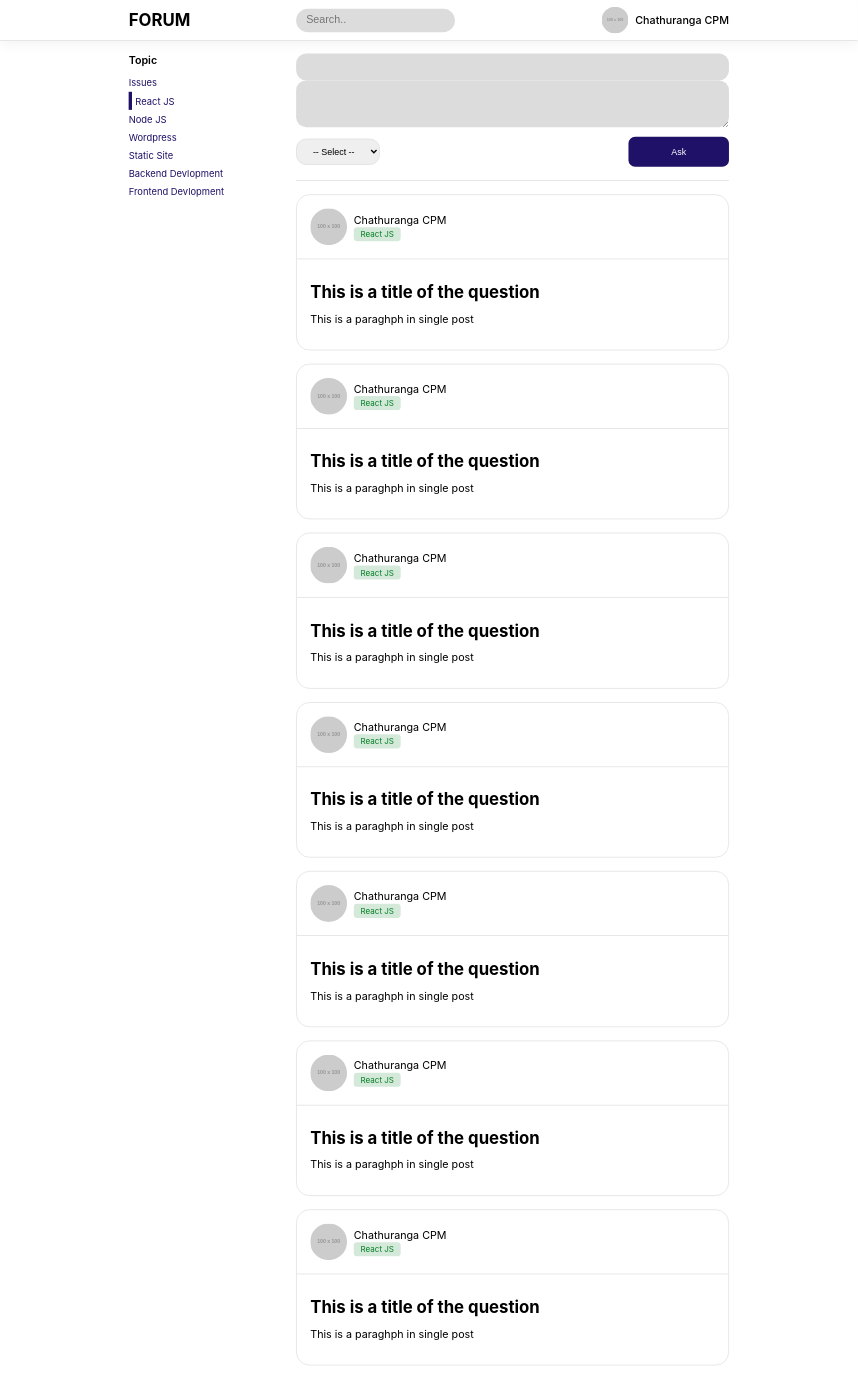
Repository: ChathurangaCPM/developer-forum
Page: / (app in client/)
These files come from the project's save history. The page is drawn as it stood at one moment and after a run of saves; the edit follows.
The browser window is 1280 px wide. The pictures show the whole page, at 67% of full size.
The page's requests for data from a server got no answer. The project was rebuilt for these pictures with package versions that can differ from the ones it lists, and the page was loaded fresh each time. No one was signed in, and anything a server would have sent is missing.

Above is the page before, as saved 2022-05-10 15:16:15.

After the next 3 saves:
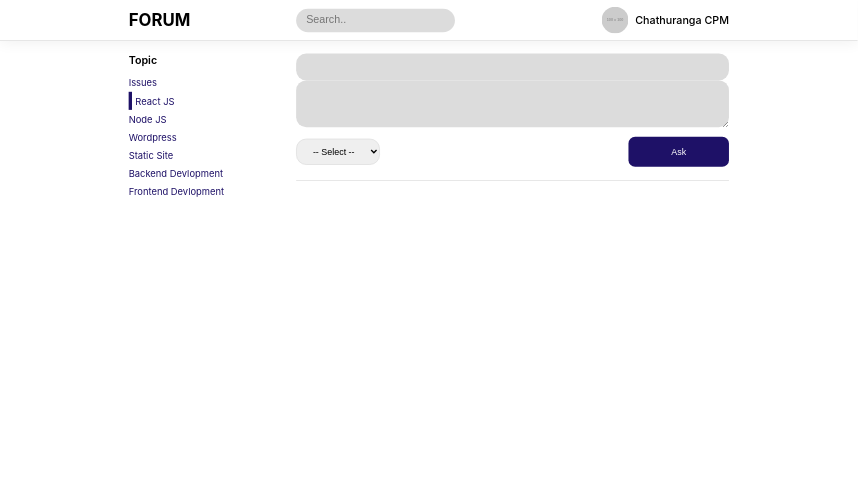
The 3 saves are shown as one change because 2 did not build or start.
The last was saved 3 min 13 s later.
--- a/client/src/App.js
+++ b/client/src/App.js
@@ -17,12 +17,6 @@ function App() {
 
 					{/* Load dynamically */}
 					<SingleQuestion/>
-					<SingleQuestion/>
-					<SingleQuestion/>
-					<SingleQuestion/>
-					<SingleQuestion/>
-					<SingleQuestion/>
-					<SingleQuestion/>
 				</div>
 			</div>
 		</div>
--- a/client/src/components/SingleQuestion/SingleQuestion.js
+++ b/client/src/components/SingleQuestion/SingleQuestion.js
@@ -13,27 +13,32 @@ function SingleQuestion() {
         });
     },[])
 	return (
-		<div className="single_question_wrapper">
-			<div className="header_wrap">
-                <div className="profile">
-                    <div className="pro_img">
-                        <img src="http://dummyimage.com/100x100/000/fff"/>
+        <>
+            {getAllQuem.map((val)=>{
+                return <div className="single_question_wrapper">
+                <div className="header_wrap">
+                    <div className="profile">
+                        <div className="pro_img">
+                            <img src="http://dummyimage.com/100x100/000/fff"/>
+                        </div>
+                        <div className="wrap_right_data">
+                            <span>Chathuranga CPM</span>
+                            <div className="tag">{val.type}</div>
+                        </div>
                     </div>
-                    <div className="wrap_right_data">
-                        <span>Chathuranga CPM</span>
-                        <div className="tag">React JS</div>
-                    </div>
+
                 </div>
 
+                <div className="cont_area">
+                    <h1>{val.title}</h1>
+                    <p>
+                        {val.description}
+                    </p>
+                </div>
             </div>
+            })}
 
-            <div className="cont_area">
-                <h1>This is a title of the question</h1>
-                <p>
-                    This is a paraghph in single post
-                </p>
-            </div>
-		</div>
+        </>
 	);
 }
 
